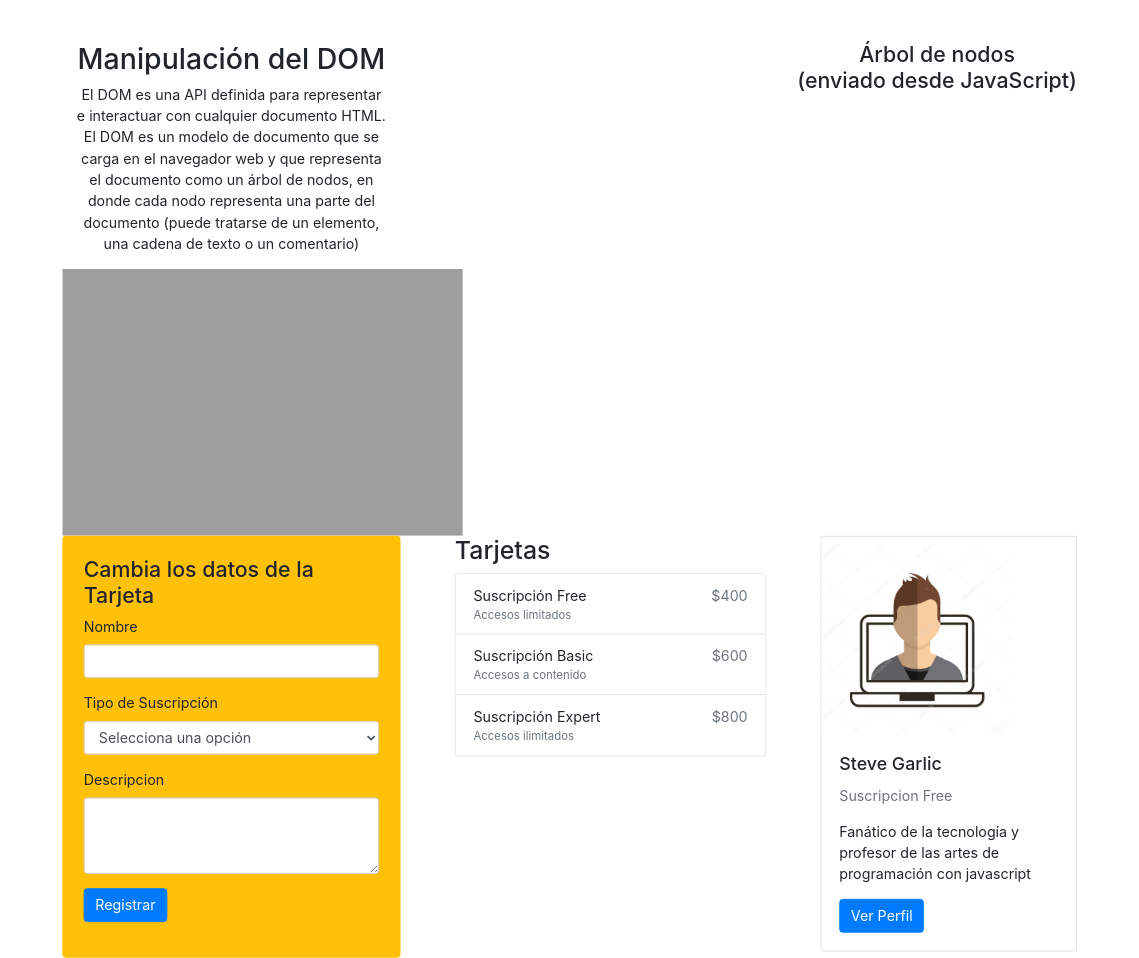
Repository: pedro-donoso/manipulacion-dom
Page: index.html
These files come from the project's save history. The page is drawn as it stood at one moment and after a run of saves; the edit follows.
The browser window is 1280 px wide. The pictures show the whole page, at 89% of full size.
Pictures or frames that could not be fetched are drawn as grey boxes.

Above is the page before, as saved 2024-02-06 14:39:08.

### index.html
<!doctype html>
<html lang="es">

<head>
    <!-- Required meta tags -->
    <meta charset="utf-8">
    <meta name="viewport" content="width=device-width, initial-scale=1, shrink-to-fit=no">

    <!-- Bootstrap CSS -->
    <link rel="stylesheet" href="https://cdn.jsdelivr.net/npm/bootstrap@4.3.1/dist/css/bootstrap.min.css"
        integrity="sha384-ggOyR0iXCbMQv3Xipma34MD+dH/1fQ784/j6cY/iJTQUOhcWr7x9JvoRxT2MZw1T" crossorigin="anonymous">

    <title>Manipulación del DOM</title>
</head>

<body>

    <main class="container">

        <!-- 1- AGREGO CLASE container PARA MANIPULAR ESTE PÁRRAFO -->
        <div class="row mt-5 text-center justify-content-between" id="contenedor">
            <div class="col-4 col-md-4">
                <h2>Manipulación del DOM</h2>
                <p class="text-center">
                    El DOM es una API definida para representar e interactuar con cualquier documento HTML.
                    El DOM es un modelo de documento que se carga en el navegador web y que representa el documento como
                    un árbol de
                    nodos, en donde cada nodo representa una parte del documento (puede tratarse de un elemento, una
                    cadena de texto o un comentario)
                </p>
            </div>
        </div>
        <div class="row justify-content-between ">
            <div class="col-4 col-md-4 bg-warning rounded p-4">
                <h4>Cambia los datos de la Tarjeta</h4>
                <!-- 15- AGREGO id PARA ESCUCHAR EVENTO CLICK -->
                <form id="formulario">
                    <!-- 21- AGREGO ID DE CADA CAMPO -->
                    <label>Nombre</label>
                    <input type="text" class="form-control mb-3" id="nombre">
                    <label>Tipo de Suscripción</label>
                    <select id="suscripcion" class="form-control mb-3">
                        <option disabled selected>Selecciona una opción</option>
                        <option value="Suscripción Free">Suscripción Free</option>
                        <option value="Suscripción Basic">Suscripcion Basic</option>
                        <option value="Suscripción Expert">Suscripcion Expert</option>
                    </select>
                    <label>Descripcion</label>
                    <textarea rows="3" class="form-control mb-3" id="descripcion"></textarea>
                    <div>
                        <button class="btn btn-primary mb-3">Registrar</button>
                    </div>
                </form>
            </div>
            <div class="col-4 col-md-4">
                <h3>Tarjetas</h3>
                <div class="card">
                    <ul class="list-group list-group-flush">
                        <li class="list-group-item d-flex justify-content-between">
                            <div class="d-flex flex-column">
                                <span>Suscripción Free</span>
                                <small class="text-muted">Accesos limitados</small>
                            </div>
                            <div>
                                <span class="text-muted">$400</span>
                            </div>
                        </li>
                        <li class="list-group-item d-flex justify-content-between">
                            <div class="d-flex flex-column">
                                <span>Suscripción Basic</span>
                                <small class="text-muted">Accesos a contenido</small>
                            </div>
                            <div>
                                <span class="text-muted">$600</span>
                            </div>
                        </li>
                        <li class="list-group-item d-flex justify-content-between">
                            <div class="d-flex flex-column">
                                <span>Suscripción Expert</span>
                                <small class="text-muted">Accesos ilimitados</small>
                            </div>
                            <div>
                                <span class="text-muted">$800</span>
                            </div>
                        </li>
                    </ul>
                </div>
            </div>

            <!-- 8- AGREGO CARD -->
            <!-- 13- AGREGO ID PARA CAPTURAR CONTENEDOR -->
            <div class="row" id="contenedor_tarjeta">

            </div>

        </div>

    </main>

    <!-- Optional JavaScript -->
    <!-- jQuery first, then Popper.js, then Bootstrap JS -->
    <script src="https://code.jquery.com/jquery-3.3.1.slim.min.js"
        integrity="sha384-q8i/X+965DzO0rT7abK41JStQIAqVgRVzpbzo5smXKp4YfRvH+8abtTE1Pi6jizo"
        crossorigin="anonymous"></script>
    <script src="https://cdn.jsdelivr.net/npm/popper.js@1.14.7/dist/umd/popper.min.js"
        integrity="sha384-UO2eT0CpHqdSJQ6hJty5KVphtPhzWj9WO1clHTMGa3JDZwrnQq4sF86dIHNDz0W1"
        crossorigin="anonymous"></script>
    <script src="https://cdn.jsdelivr.net/npm/bootstrap@4.3.1/dist/js/bootstrap.min.js"
        integrity="sha384-JjSmVgyd0p3pXB1rRibZUAYoIIy6OrQ6VrjIEaFf/nJGzIxFDsf4x0xIM+B07jRM"
        crossorigin="anonymous"></script>

    <script src="./app.js"></script>
</body>

</html>

### app.js
// 2- CREO VARIABLE PARA MANIPULAR HTML
let contenedor = document.querySelector("#contenedor");

// 3- CREAR ELEMENTO SUBTITULO Y LE AGREGO PROPIEDADES
let subtitulo = document.createElement("h4");
subtitulo.innerText = "Árbol de nodos \n (enviado desde JavaScript)";

// 4- OBTENER EL CUERPO DEL DOCUMENTO
let body = document.body;

// 5- AGREGAR EL NUEVO ELEMENTO AL CUERPO DEL DOCUMENTO
body.appendChild(subtitulo);

// 6- AGREGO IMAGEN
let imagen = document.createElement("img");
imagen.src =
  "https://www.freecodecamp.org/news/content/images/2021/09/Document.jpg";
imagen.width = "450";
imagen.height = "300";
imagen.alt = "árbol de nodos";

// 7- AGREGO ELEMENTOS AL CONTENEDOR
contenedor.append(subtitulo, imagen);

// 13- AGREGO CONSTRUCTOR
const autor = {
  nombre: "Steve Garlic",
  suscripcion: "Suscripcion Free",
  descripcion:
    "Fanático de la tecnología y profesor de las artes de programación con javascript",
  imagen: "./img/icono.jpg"
};

// 19- Agrego const crearTarjeta y agrego todas las funciones del código
const crearTarjeta = () => {
  // 25- CREO DOCUMENTO VACIO
  document.querySelector("#contenedor_tarjeta").innerHTML = "";

  // 9- CREO ESTRUCTURA DEL CODIGO
  let columnaTarjeta = document.createElement("div");
  columnaTarjeta.className = "col";

  // 10- CREO TEMPLATE STRING DEL CONTENIDO DE LA TARJETA AUTOR
  // 14- AGREGO DATOS DEL CONSTRUCTOR (13)
  // 17- CREO EVENTO onclick
  // 19- LLAMAR A eventoClick CON event
  let tarjetaAutor = ` <div class="card" style="width: 18rem;">
        <img class="card-img-top pt-2 w-75" src="${autor.imagen}" alt="Card image cap">
        <div class="card-body">
            <h5 class="card-title">${autor.nombre}</h5>
             <p class="text-muted">${autor.suscripcion}</p>
            <p class="card-text">${autor.descripcion}</p>

            <button class="btn btn-primary" onclick="eventoClick(event)">Ver Perfil</button>
        </div>
    </div>`;

  // 11- AGREGO TEMPLATE STRING A columnaTarjeta (HIJO)
  columnaTarjeta.innerHTML = tarjetaAutor;

  // 12- AGREGO columnaTarjeta AL CONTENEDOR (PADRE) MEDIANTE LA SELECCIÓN DEL ID #contenedor_tarjeta
  document.querySelector("#contenedor_tarjeta").append(columnaTarjeta);
};

// 16- Creo constante modificarAutor para agregarla al form en index.html, la función recibirá un evento
  const modificarAutor= (event) => {
    console.log(event);
    event.preventDefault();

    // 22- CAPTURO CAMPOS DEL FORMULARIO
    let nombre = document.querySelector("#nombre").value;
    let suscripcion = document.querySelector("#suscripcion").value;
     let descripcion = document.querySelector("#descripcion").value;

    // 23- LLAMO A LA CONSTANTE AUTOR
    autor.nombre = nombre;
    autor.suscripcion = suscripcion;
    autor.descripcion = descripcion;

    // 24- SE VUELVE A CREAR LA TARJETA CON LOS NUEVOS DATOS
    crearTarjeta();
  };


// 18- CAPTURO EVENTO CLIC DEL BOTON EN EL form MEDIANTE EL ID formulario
document.getElementById("formulario").addEventListener("submit",modificarAutor);

// 20- LLAMO A LA FUNCIÓN
crearTarjeta();

After the next 2 saves:
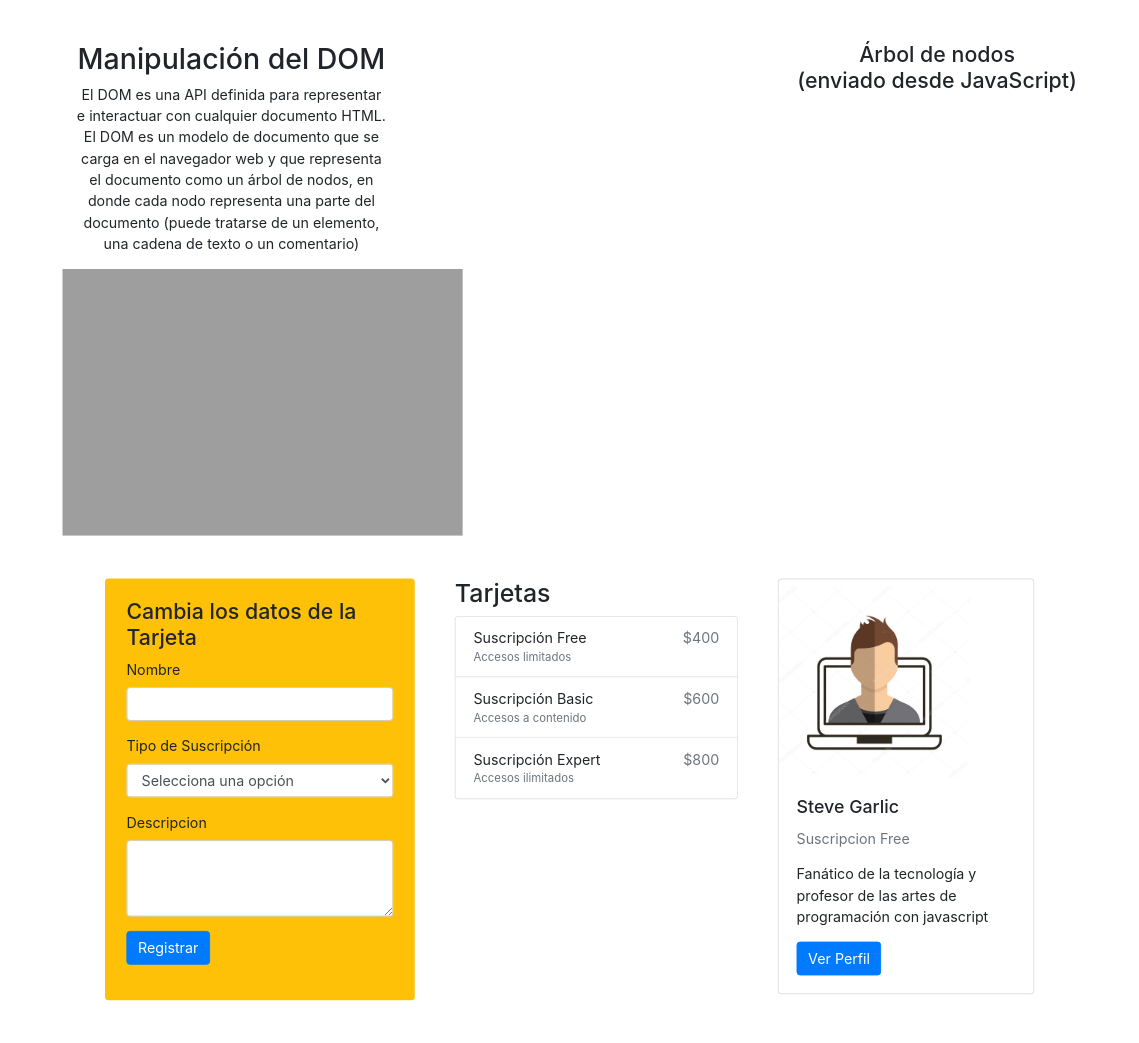
The 2 saves are shown as one change because they came seconds apart.
The last was saved 6 s later.
--- a/index.html
+++ b/index.html
@@ -30,7 +30,7 @@
                 </p>
             </div>
         </div>
-        <div class="row justify-content-between ">
+        <div class="row justify-content-between p-5">
             <div class="col-4 col-md-4 bg-warning rounded p-4">
                 <h4>Cambia los datos de la Tarjeta</h4>
                 <!-- 15- AGREGO id PARA ESCUCHAR EVENTO CLICK -->
